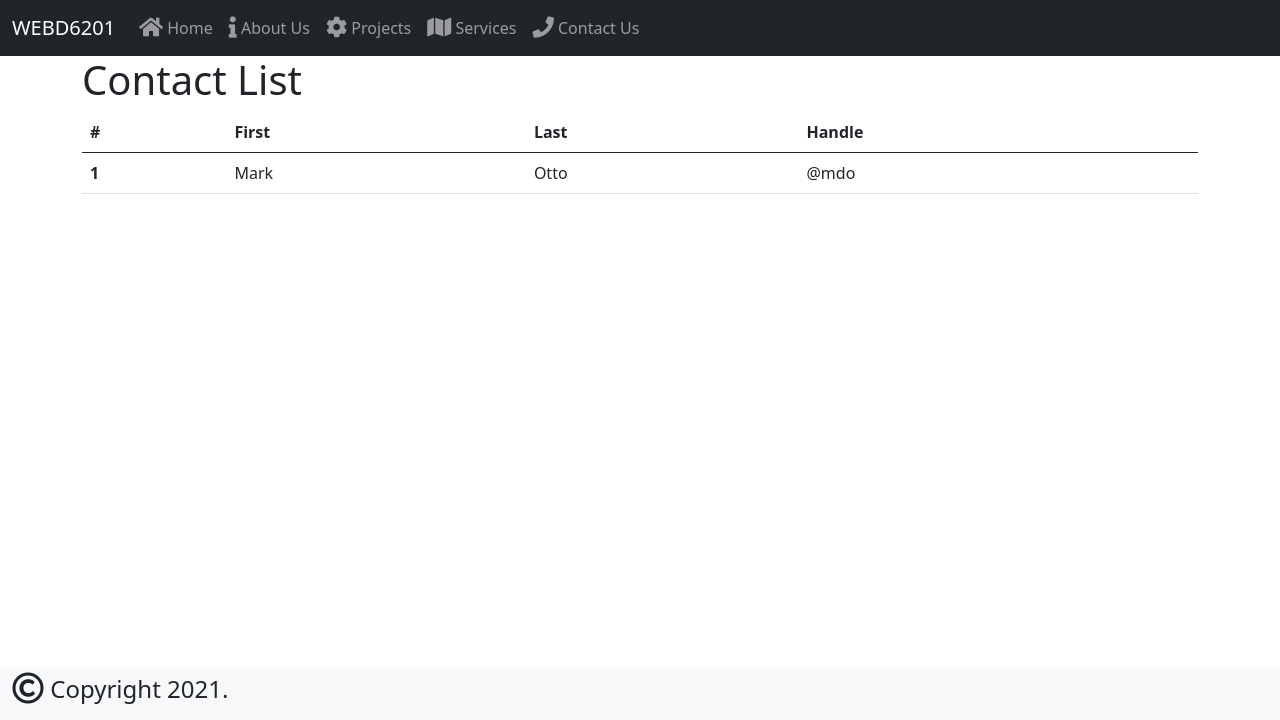
Repository: CKM206/WEBD6201-W2021-ICE2
Page: contact-list.html
The author's editor kept a copy of each file at every save. The page is drawn from the files as they stood at one save, then again after the next save.
The browser window is 1280 px wide. The pictures show the whole page.

Above is the page before, as saved 2021-01-28 09:37:54.

### contact-list.html
<!DOCTYPE html>
<html lang="en">
<head>
    <meta charset="UTF-8">
    <meta name="viewport" content="width=device-width, initial-scale=1.0">
    <title>Contact List</title>
    <!-- CSS Section -->
    <link rel="stylesheet" href="./node_modules/bootstrap/dist/css/bootstrap.min.css">
    <link rel="stylesheet" href="./node_modules/@fortawesome/fontawesome-free/css/all.min.css">
    <link rel="stylesheet" href="./Content/app.css">
</head>
<body>
    <!-- Main Header -->
    <header>
        <!-- Main Navigation -->
        <nav class="navbar navbar-expand-lg navbar-dark bg-dark">
            <div class="container-fluid">
              <a class="navbar-brand" href="index.html">WEBD6201</a>
              <button class="navbar-toggler" type="button" data-bs-toggle="collapse" data-bs-target="#navbarSupportedContent" aria-controls="navbarSupportedContent" aria-expanded="false" aria-label="Toggle navigation">
                <span class="navbar-toggler-icon"></span>
              </button>
              <div class="collapse navbar-collapse" id="navbarSupportedContent">
                <ul class="navbar-nav me-auto mb-2 mb-lg-0">
                  <li class="nav-item">
                    <a class="nav-link" aria-current="page" href="index.html"><i class="fas fa-home fa-lg"></i> Home</a>
                  </li>

                  <li class="nav-item">
                    <a class="nav-link" aria-current="page" href="about.html"><i class="fas fa-info fa-lg"></i> About Us</a>
                  </li>

                  <li class="nav-item">
                    <a class="nav-link" aria-current="page" href="projects.html"><i class="fas fa-cog fa-lg"></i> Projects</a>
                  </li>

                  <li class="nav-item">
                    <a class="nav-link" aria-current="page" href="services.html"><i class="fas fa-map fa-lg"></i> Services</a>
                  </li>

                  <li class="nav-item">
                    <a class="nav-link" aria-current="page" href="contact.html"><i class="fas fa-phone fa-lg"></i> Contact Us</a>
                  </li>
                </ul>
              </div>
            </div>
          </nav>
    </header>

    <!-- Main Content -->
    <main class="container">
        <h1>Contact List</h1>
        <table class="table">
            <thead>
              <tr>
                <th scope="col">#</th>
                <th scope="col">First</th>
                <th scope="col">Last</th>
                <th scope="col">Handle</th>
              </tr>
            </thead>
            <tbody>
              <tr>
                <th scope="row">1</th>
                <td>Mark</td>
                <td>Otto</td>
                <td>@mdo</td>
              </tr>
            </tbody>
          </table>




    </main>

    <!-- Main Footer -->
    <footer>
        <nav class="navbar fixed-bottom navbar-light bg-light">
            <div class="container-fluid">
              <h4><i class="far fa-copyright fa-lg"></i> Copyright 2021.</h4>
            </div>
          </nav>
    </footer>

    <!-- Script Section-->
    <script src="./node_modules/jquery/dist/jquery.min.js"></script>
    <script src="./node_modules/bootstrap/dist/js/bootstrap.bundle.min.js"></script>
    <script src="./Scripts/contact.js"></script>
    <script src="./Scripts/app.js"></script>
</body>
</html>

### Scripts/contact.js
"use strict"

// Contact Class
class Contact {


    // Getters
    get FullName() {
        return this.m_fullName;
    }
    get ContactNumber() {
        return this.m_contactNumber;
    }
    get EmailAddress() {
        return this.m_emailAddress;
    }
    // Setters
    set FullName(fullName) {
        this.m_fullName = fullName;
    }
    set ContactNumber(contactNumber) {
        this.m_contactNumber = contactNumber;
    }
    set EmailAddress(emailAddress) {
        this.m_emailAddress = emailAddress;
    }
    // Constructor
    /**
     * Contact Class Constructor
     * @param {string} fullName
     * @param {string} contactNumber
     * @param {string} emailAddress
     */
    constructor(fullName = "", contactNumber = "", emailAddress = "") {
        this.FullName = fullName;
        this.ContactNumber = contactNumber;
        this.EmailAddress = emailAddress;
    }
    // Methods

    /**
     * toString() - This method is used to convert a Contact object into a string.
     *            it overrides the built-in toString() function.
     * @returns {string}
     */
    toString() {
        return `Full Name     : ${this.m_fullName}\nContact Number: ${this.m_contactNumber}\nEmail Address : ${this.m_emailAddress}`;
    }

    /**
     *  toJSON() - This method is used to convert an object of the Contact class
     *           into a JSON object made up of the Contact class properties.
     * @returns {object}
     */
    toJSON() {
        return {
            "fullName": this.FullName,
            "contactNumber": this.ContactNumber,
            "emailAddress": this.EmailAddress
        }
    }

    /**
     * serialize() - This method converts an Object of the Contact class into a comma-
     *             seperated value string
     *
     * @returns {string}
     */
    serialize() {
        if (this.FullName !== "" && this.ContactNumber !== "" && this.EmailAddress !== "")
        {
            return `${this.FullName},${this.ContactNumber},${this.EmailAddress}`;
        }
        else
        {
            console.error("Error: One or more Contact Properties are empty.");
            return null;
        }
    }

    /**
     * deserialize() - This method takes a comma-separated data string and assigns the
     *               values to a Contact Class Objects properties
     *
     * @param {string} data
     * @returns {void}
     */
    deserialize(data) {
        // This will split up the values found in data, delimmited by commas
        //-into a property Array.
        let propertyArray = data.split(",");

        this.FullName = propertyArray[0];
        this.ContactNumber = propertyArray[1];
        this.EmailAddress = propertyArray[2];
    }
}

### Scripts/app.js
/* custom JavaScript goes here */

//IIFE - Immediately Invoked Function Expression
//AKA - Anonymous Self-Executing Function
//Closure - limits scope leak

"use strict";

let myContact =
{
  "fullName":"Tom Smith",
  "contactNumber":"4165555555",
  "emailAddress":"tom@example.com",
  "saysHello": function() {
    console.log('${fullName} says hello!');
  },
  "someOtherObject": {
    "friendsList": [
      "Peter Parker", "Tony Stark", "Stephen Strange"
    ]
  }
};

(function () {
  function displayHome() {
    let paragraphOneText =
      "This is a simple site to demonstrate DOM Manipulation for ICE 1";

    let paragraphOneElement = document.getElementById("paragraphOne");

    paragraphOneElement.textContent = paragraphOneText;
    paragraphOneElement.className = "fs-5";

    // Step 1. document.createElement
    let newParagraph = document.createElement("p");
    // Step 2. configure the element
    newParagraph.setAttribute("id", "paragraphTwo");
    newParagraph.textContent = "...And this is paragraph two";
    // Step 3. select the parent element
    let mainContent = document.getElementsByTagName("main")[0];
    // Step 4. Add / Insert the element
    mainContent.appendChild(newParagraph);

    newParagraph.className = "fs-6";

    // another way of injecting content
    let paragraphDiv = document.createElement("div");
    let paragraphThree = `<p id="paragraphThree" class="fs-7 fw-bold">And this is the Third Paragraph</p>`;
    paragraphDiv.innerHTML = paragraphThree;

    // insertions

    // example of inserting before a node
    //newParagraph.before(paragraphDiv);

    // example of inserting after a node
    newParagraph.after(paragraphDiv);

    // deletions

    // example of removing a single element
    //paragraphOneElement.remove();

    // example of removeChild
    mainContent.removeChild(paragraphOneElement);

    // update / modification
    //mainContent.firstElementChild.textContent = "Welcome Home!";

    mainContent.innerHTML = `<h1 id="firstHeading">Welcome to WEBD6201 - Lab 1</h1>
         <p id="paragraphOne" class="fs-3 fw-bold">This is my first Paragraph</p>
        `;

  }

  function displayAbout() {

  }

  function displayProjects() {

  }

  function displayServices() {

  }

  function displayContact() {
    let messageArea = document.getElementById("messageArea");
    messageArea.hidden = true;

    // form validation
    let fullName = document.getElementById("fullName");
    fullName.addEventListener("blur", function () {
      if (fullName.value.length < 2) {
        fullName.focus();
        fullName.select();
        messageArea.hidden = false;
        messageArea.className = "alert alert-danger";
        messageArea.textContent = "Please enter an appropriate Name";
      } else {
        messageArea.removeAttribute("class");
        messageArea.hidden = true;
      }
    });

    let sendButton = document.getElementById("sendButton");
    sendButton.addEventListener("click", function (event) {
      event.preventDefault();

      let contact = new Contact(fullName.value, contactNumber.value, emailAddress.value);
      if(contact.serialize() !== null)
      {
        localStorage.setItem((localStorage.length + 1).toString(), contact.serialize());
      }
      });
  }

  function displayServices() {

  }

  function Start() {
    console.log("App Started...");

    switch (document.title) {
      case "Home":
        displayHome();
        break;
      case "About":
        displayAbout();
        break;
      case "Projects":
        displayProjects();
        break;
      case "Services":
        displayServices();
        break;
      case "Contact":
        displayContact();
        break;
      case "Contact-List":
        displayContactList();
        break;
    }

  }

  window.addEventListener("load", Start);

})();

Loaded but not shown: node_modules/bootstrap/dist/css/bootstrap.min.css (library); node_modules/@fortawesome/fontawesome-free/css/all.min.css (library); Content/app.css (common file); node_modules/jquery/dist/jquery.min.js (library); node_modules/bootstrap/dist/js/bootstrap.bundle.min.js (library)

After the next save:
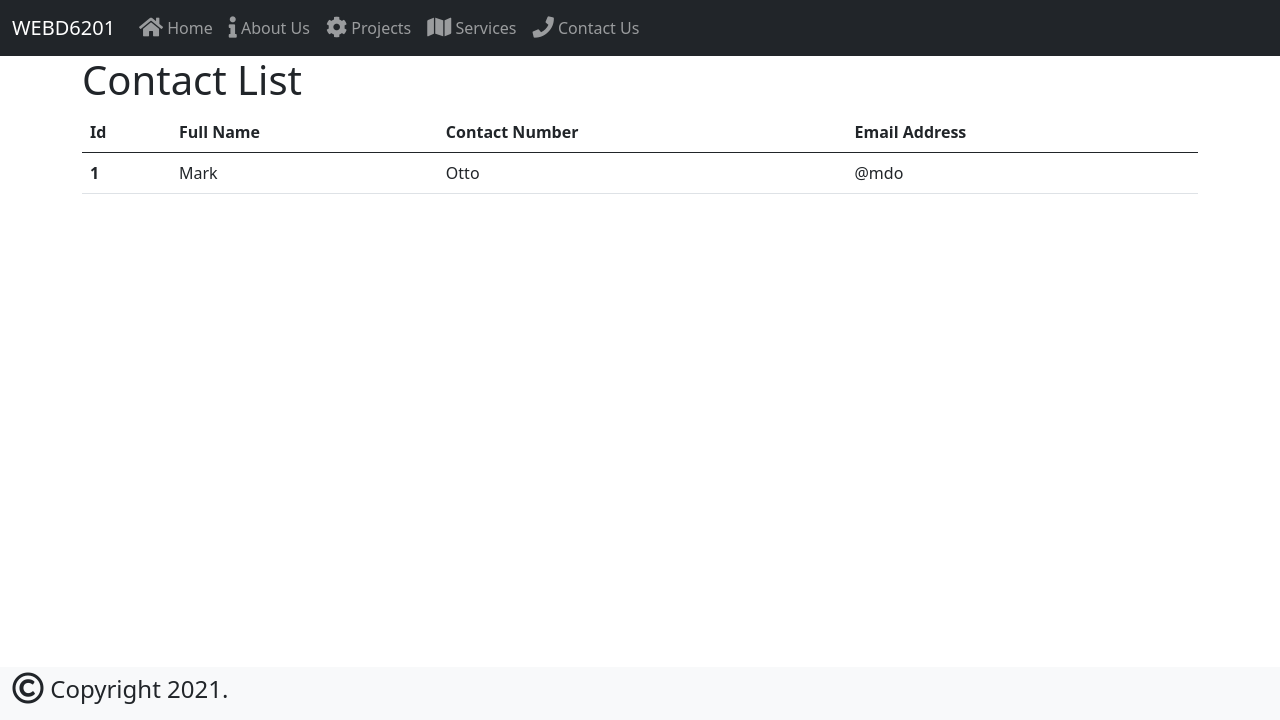
Saved 28 s later.
--- a/contact-list.html
+++ b/contact-list.html
@@ -52,10 +52,10 @@
         <table class="table">
             <thead>
               <tr>
-                <th scope="col">#</th>
-                <th scope="col">First</th>
-                <th scope="col">Last</th>
-                <th scope="col">Handle</th>
+                <th scope="col">Id</th>
+                <th scope="col">Full Name</th>
+                <th scope="col">Contact Number</th>
+                <th scope="col">Email Address</th>
               </tr>
             </thead>
             <tbody>
